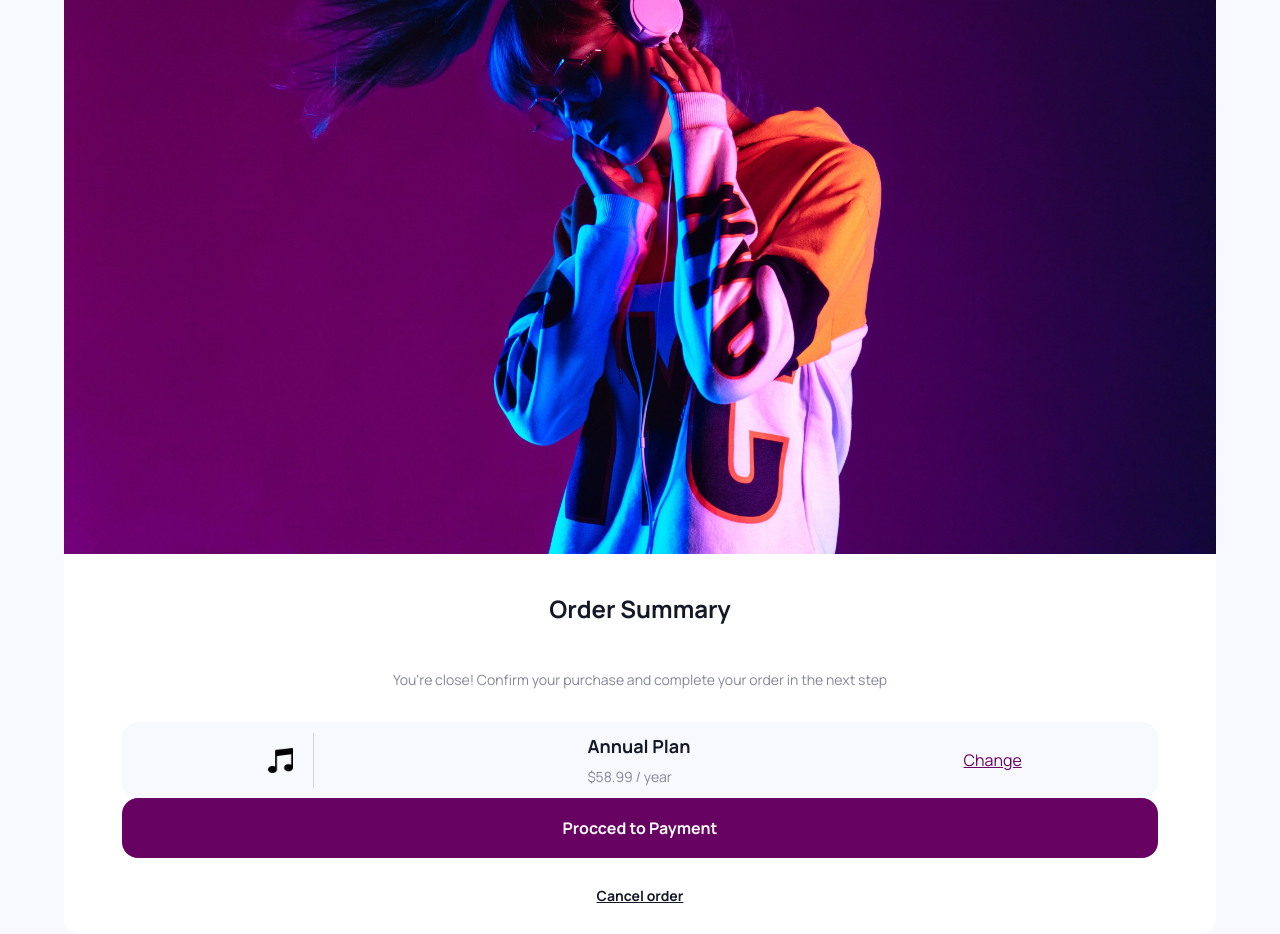
Repository: ssynowiec/INVO-Academy-solution
Page: /
The author's editor kept a copy of each file at every save. The page is drawn from the files as they stood at one save, then again after the next save.
The browser window is 1280 px wide. The pictures show the whole page.
The project was rebuilt for these pictures with package versions that can differ from the ones it lists, and the page was loaded fresh each time.

Above is the page before, as saved 2023-03-04 20:25:11.

### index.html
<!DOCTYPE html>
<html lang="en">

<head>
  <meta charset="UTF-8" />
  <link rel="icon" type="image/svg+xml" href="/vite.svg" />
  <meta name="viewport" content="width=device-width, initial-scale=1.0" />
  <title>INVO Academy JS Starter with Vite</title>
</head>

<!-- In order to start your challenge, remove all the content inside <div id="home-page"></div> and start coding :) -->

<body>
  <div id="home-page" class="container">
    <section class="order">
      <img src="/images/girl.jpeg" alt="" class="order-image">
      <h1 class="order-title">Order Summary</h1>
      <p class="order-description">You're close! Confirm your purchase and complete your order in the next step</p>
      <div class="order-summary">
        <img src="/images/music.png" alt="" class="order-icon">
        <div class="product">
          <h2 class="product-name">Annual Plan</h2>
          <p class="product-price">$58.99 / year</p>
        </div>
        <a href="#" class="product-link">Change</a>
      </div>
      <button class="order-button">Procced to Payment</button>
      <a href="#" class="order-link">Cancel order</a>
    </section>
  </div>

  <script type="module" src="/src/global-scripts/main.js"></script>
  <script type="module" src="/src/pages/home-page/scripts/home-page.js"></script>
</body>

</html>

### src/pages/home-page/scripts/home-page.js
/// Homepage JavaScript File
/// Here we import all the JavaScript files we need for our homepage.

import '../styles/home-page.scss';

### src/global-styles/style.scss
/// Main Styles File
/// Here we import all the global Styles files we need for our project.

@import 'styles/normalize.scss';
@import 'styles/root.scss';
@import 'styles/fonts.scss';

body {
	font-family: 'Manrope', sans-serif;
	color: var(--color-primary);
	background-color: var(--color-background);
	display: flex;
	justify-content: center;
	align-items: center;
	height: 100vh;
}

p {
	color: var(--color-on-surface);
}

### src/pages/home-page/styles/home-page.scss
/// Homepage Styles File
/// Here we import all the Styles files we need for our Homepage.

.container {
	display: flex;
	justify-content: center;
	align-items: center;
}

.order {
	display: flex;
	flex-direction: column;
	justify-content: between;
	align-items: center;
	width: 90%;
	border-radius: 16px;
	overflow: hidden;
	background-color: var(--color-white);

	&-image {
		width: 100%;
		height: 20%;
		object-fit: cover;
	}

	&-title {
		font-weight: bold;
		padding-top: 25px;
		font-size: 24px;
		color: var(--color-title);
	}

	&-description {
		font-size: 14px;
		padding: 20px;
		color: var(--color-body);
		text-align: center;
	}

	&-summary {
		display: flex;
		justify-content: space-around;
		align-items: center;
		width: 90%;
		border-radius: 16px;
		paddint-bottom: 20px;
		background-color: var(--color-background);
	}

	&-icon {
		width: 25px;
		height: 25px;
		padding: 15px 20px 15px 10px;
		border-right: 1px solid var(--color-stroke);
	}

	&-button {
		width: 90%;
		height: 60px;
		padding: 10px;
		border-radius: 16px;
		font-weight: bold;
		font-size: 16px;
		line-height: 160%;
		letter-spacing: -1%;
		border: none;
		background-color: var(--color-primary);
		color: var(--color-white);
		cursor: pointer;

		&:hover {
			background-color: var(--color-primary-hover);
		}
	}

	&-link {
		letter-spacing: -1%;
		padding: 30px 0;
		font-size: 14px;
		font-weight: bold;
		color: var(--color-title);
	}
}

.product {
	color: var(--color-title);

	&-name {
		font-size: 18px;
		line-height: 18px;
		font-weight: bold;
	}

	&-price {
		font-weight: medium;
		font-size: 14px;
		line-height: 14px;
		color: var(--color-body);
	}

	&-link {
		color: var(--color-primary);
		font-size: 16px;
		line-height: 160%;
	}
}

### src/global-styles/styles/root.scss
/// Root Styles file
/// Here we define all the root variables we need for our project.
/// For examples see Material Design color system: https://m2.material.io/design/color/the-color-system.html

:root {
	--color-primary: #680262;
	--color-primary-hover: #490245;
	--color-background: #f8f9fe;
	--color-title: #151827;
	--color-body: #85859b;
	--color-stroke: #cfd1dd;
	--color-white: #ffffff;
}

### src/global-styles/styles/fonts.scss
/// Main Fonts File
/// Here we import all the fonts files we need for our project.

@import url('https://fonts.googleapis.com/css2?family=Manrope:wght@200;300;400;500;600;700;800&display=swap');

Loaded but not shown: src/global-scripts/main.js (common file); src/global-styles/styles/normalize.scss (common file)

After the next save:
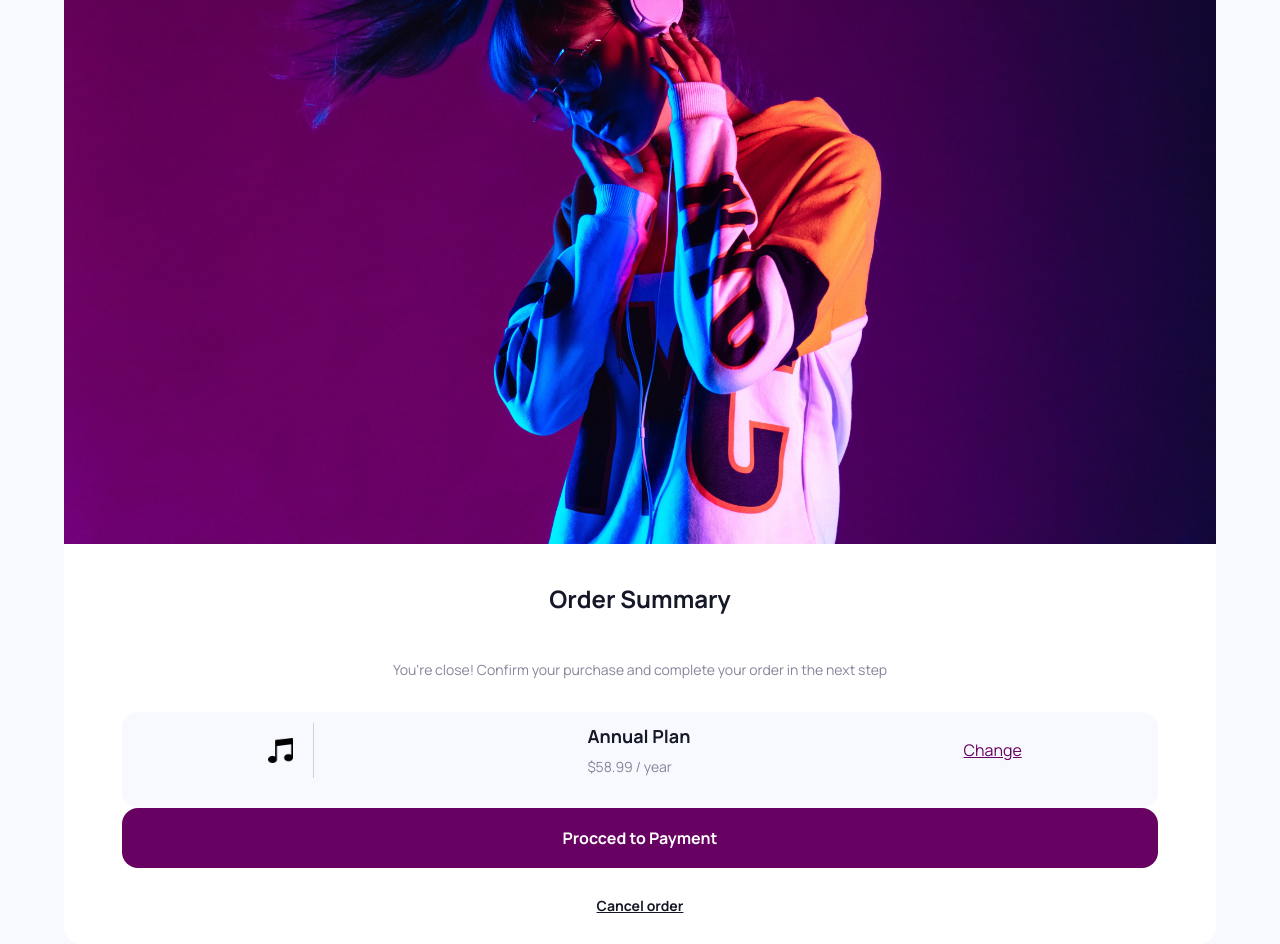
Saved 8 s later.
--- a/src/pages/home-page/styles/home-page.scss
+++ b/src/pages/home-page/styles/home-page.scss
@@ -43,7 +43,7 @@
 		align-items: center;
 		width: 90%;
 		border-radius: 16px;
-		paddint-bottom: 20px;
+		padding-bottom: 20px;
 		background-color: var(--color-background);
 	}
 
